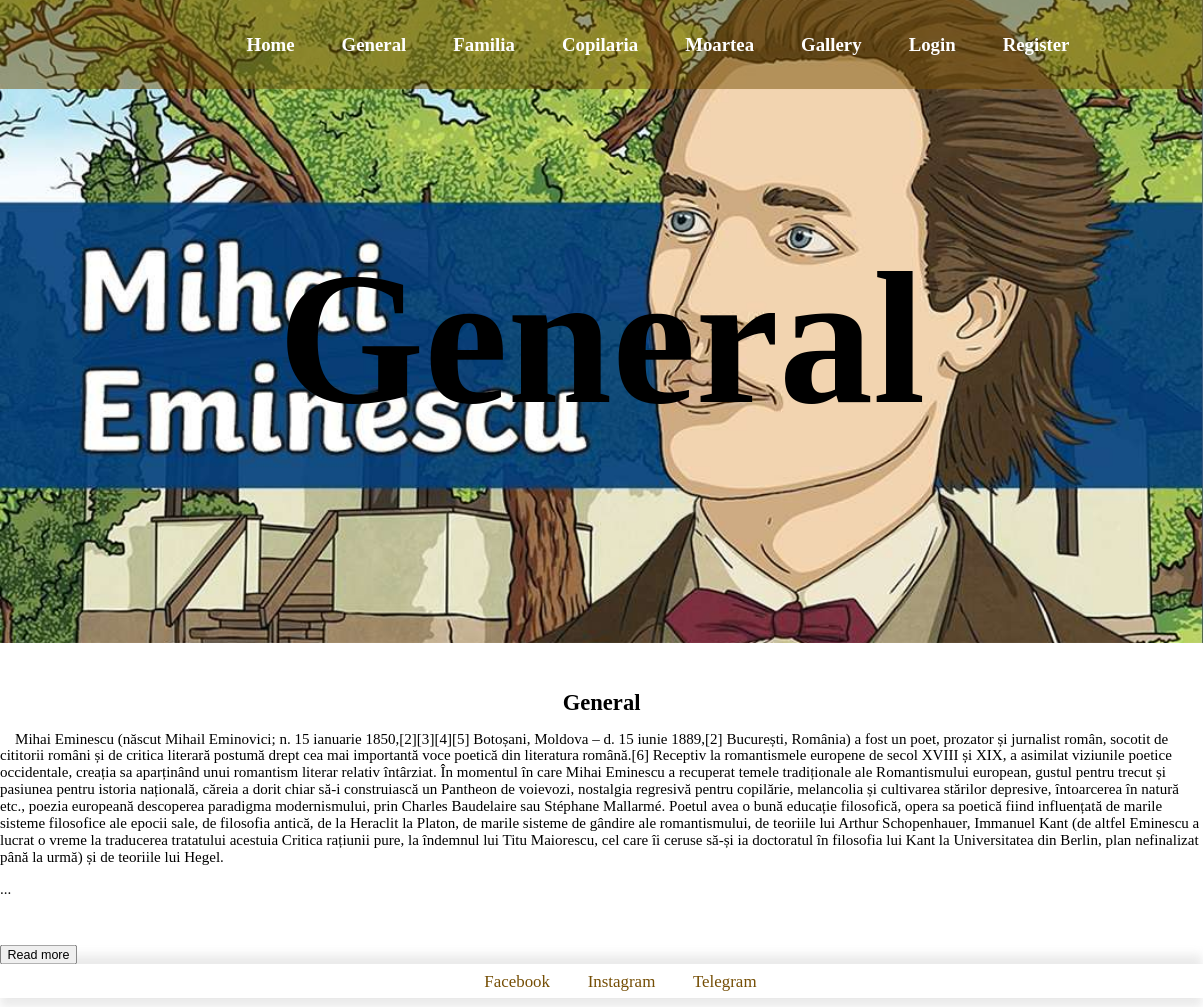
Repository: Cristal286/tw
Page: main/general.html
An editor plug-in stored every save of this project. The page is shown before and after the next save, followed by the edit.
The browser window is 1280 px wide. The pictures show the whole page, at 94% of full size.

Above is the page before, as saved 2021-12-19 22:34:15.

After the next save:
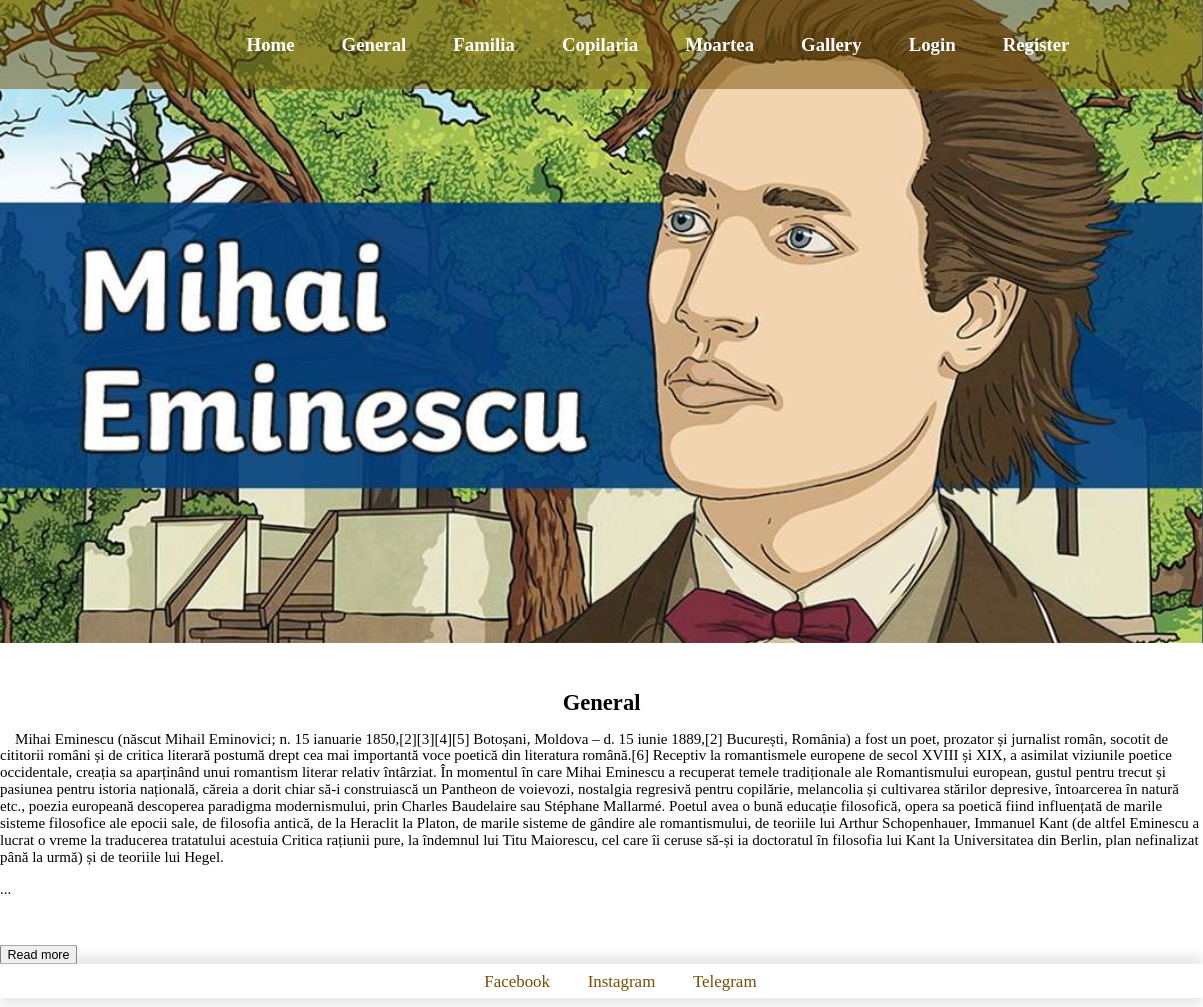
Saved 7 s later.
--- a/main/general.html
+++ b/main/general.html
@@ -42,7 +42,6 @@
                 </ul>
             </div>
         </nav>
-        <h1 class="title">General</h1>
     </header>
 
     <section class="section">
